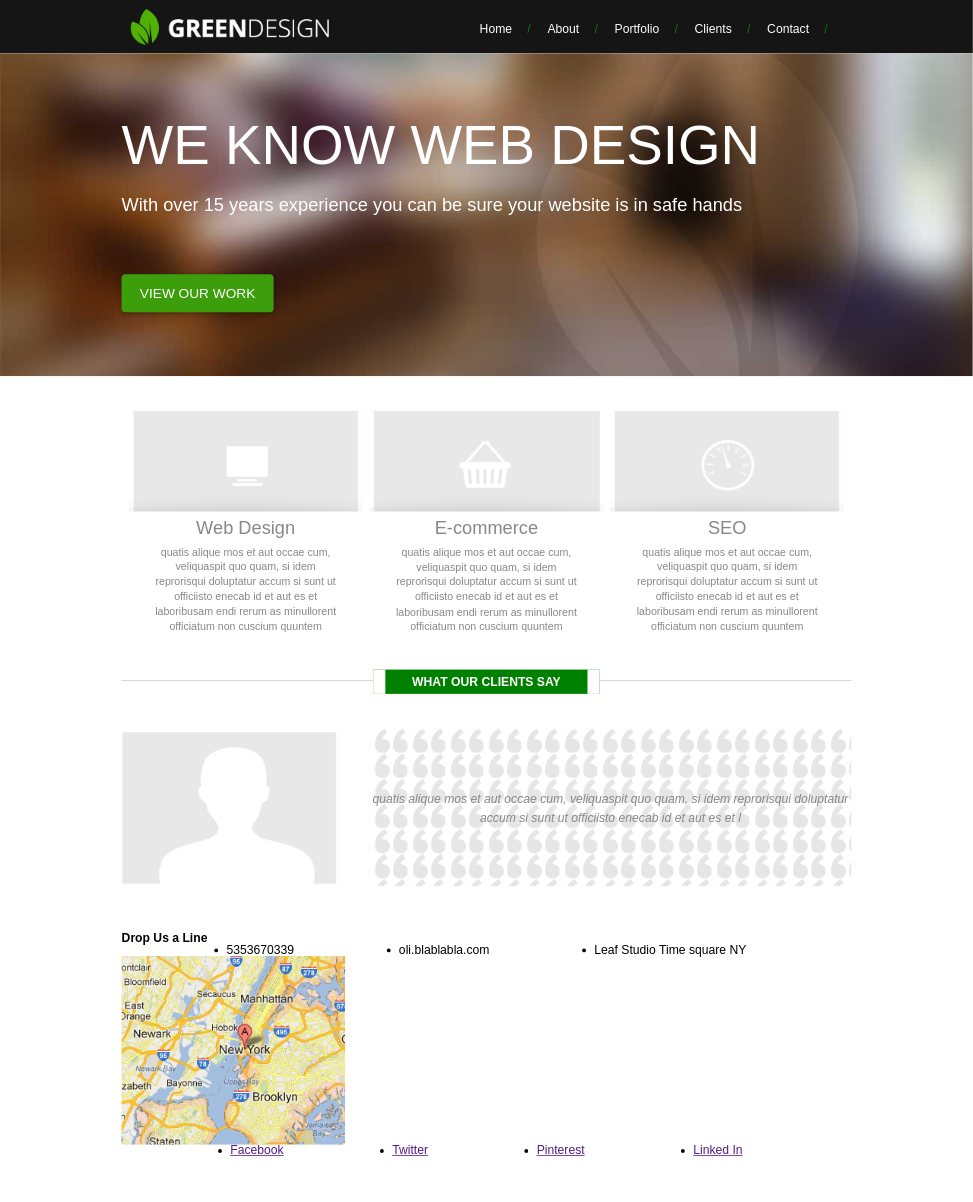
Repository: Piterwk1/psd-to-html
Page: website/index.html
These files come from the project's save history. The page is drawn as it stood at one moment and after the next save; the edit follows.
The browser window is 1280 px wide. The pictures show the whole page, at 76% of full size.

Above is the page before, as saved 2021-09-14 21:48:05.

### website/index.html
<html lang="en">

<head>
    <meta charset="UTF-8">
    <meta http-equiv="X-UA-Compatible" content="IE=edge">
    <meta name="viewport" content="width=device-width, initial-scale=1.0">
    <title>Green Design</title>
    <link rel="stylesheet" href="style.css">
</head>

<body>
    <header>
        <div class="wrapper">
            <h1 id="logo">Green Design</h1>
            <nav>
                <h2>Main Navigation</h2>
                <ul>
                    <li><a href="">Home</a><span>/</span></li>
                    <li><a href="">About</a><span>/</span></li>
                    <li><a href="">Portfolio</a><span>/</span></li>
                    <li><a href="">Clients</a><span>/</span></li>
                    <li><a href="">Contact</a><span>/</span></li>
                </ul>
            </nav>
        </div>
    </header>
    <div id="lead-banner">
        <img src="images/Baner.jpg" alt="main banner">
        <div class="banner-overlay">
            <div class="wrapper">
                <div class="banner-title">We know web Design</div>
                <p>With over 15 years experience you can be sure your website is in safe hands</p>
                <a href="">View our work</a>
            </div>
        </div>
    </div>
    <div id="main-content">

        <div class="wrapper">

            <section id="points-of-sale">
                <h2>Point of Sale</h2>
                <ul>
                    <li>
                        <img src="images/cs1.png" alt="Web Design">
                        <h3>Web Design</h3>
                        <p>quatis alique mos et aut occae cum, veliquaspit quo quam, si idem reprorisqui doluptatur
                            accum si
                            sunt ut officiisto enecab id et aut es et laboribusam endi rerum as minullorent officiatum
                            non
                            cuscium quuntem</p>
                    </li>
                    <li>
                        <img src="images/cs2.png" alt="E-commerce">
                        <h3>E-commerce</h3>
                        <p>quatis alique mos et aut occae cum, veliquaspit quo quam, si idem reprorisqui doluptatur
                            accum si
                            sunt ut officiisto enecab id et aut es et laboribusam endi rerum as minullorent officiatum
                            non
                            cuscium quuntem</p>
                    </li>
                    <li>
                        <img src="images/cs3.png" alt="SEO">
                        <h3>SEO</h3>
                        <p>quatis alique mos et aut occae cum, veliquaspit quo quam, si idem reprorisqui doluptatur
                            accum si
                            sunt ut officiisto enecab id et aut es et laboribusam endi rerum as minullorent officiatum
                            non
                            cuscium quuntem</p>
                    </li>
                </ul>
            </section>
            <section id="clients">
                <h2>What Our Clients Say</h2>
                <div class="clients">
                    <img src="images/head.png" alt="head">
                    <!-- <img src="images/quotes.png" alt="quotes"> -->
                    <blockquote>quatis alique mos et aut occae cum, veliquaspit quo quam, si idem reprorisqui doluptatur
                        accum
                        si sunt ut officiisto enecab id et aut es et l</blockquote>
                </div>
            </section>
            <section id="contact">
                <h2>Drop Us a Line</h2>
                <ul id="contact-methods">
                    <li>5353670339</li>
                    <li>oli.blablabla.com</li>
                    <li>
                        <span>Leaf Studio</span>
                        <span>Time square</span>
                        <span>NY</span>
                    </li>
                </ul>
                <img src="images/map.png" alt="map">
                <ul id="social-map">
                    <li class="facebook"><a href="">Facebook</a></li>
                    <li class="twitter"><a href="">Twitter</a></li>
                    <li class="pinterest"><a href="">Pinterest</a></li>
                    <li class="linked-in"><a href="">Linked In</a></li>
                </ul>
            </section>
        </div>
    </div>
</body>

</html>

### website/style.css
html,
body,
div,
span,
object,
iframe,
h1,
h2,
h3,
h4,
h5,
h6,
p,
blockquote,
pre,
abbr,
address,
cite,
code,
del,
dfn,
em,
img,
ins,
kbd,
q,
samp,
small,
strong,
sub,
sup,
var,
b,
i,
dl,
dt,
dd,
ol,
ul,
li,
fieldset,
form,
label,
legend,
table,
caption,
tbody,
tfoot,
thead,
tr,
th,
td,
article,
aside,
canvas,
details,
figcaption,
figure,
footer,
header,
hgroup,
menu,
nav,
section,
summary,
time,
mark,
audio,
video {
  margin: 0;
  padding: 0;
  border: 0;
  outline: 0;
  font-size: 100%;
  vertical-align: baseline;
  background: transparent;
  font-family: arial;
}

body {
  line-height: 1;
}

article,
aside,
details,
figcaption,
figure,
footer,
header,
hgroup,
menu,
nav,
section {
  display: block;
}

nav ul {
  list-style: none;
}

blockquote,
q {
  quotes: none;
}

blockquote:before,
blockquote:after,
q:before,
q:after {
  content: "";
  content: none;
}

a {
  margin: 0;
  padding: 0;
  font-size: 100%;
  vertical-align: baseline;
  background: transparent;
}

/* change colours to suit your needs */
ins {
  background-color: #ff9;
  color: #000;
  text-decoration: none;
}

/* change colours to suit your needs */
mark {
  background-color: #ff9;
  color: #000;
  font-style: italic;
  font-weight: bold;
}

del {
  text-decoration: line-through;
}

abbr[title],
dfn[title] {
  border-bottom: 1px dotted;
  cursor: help;
}

table {
  border-collapse: collapse;
  border-spacing: 0;
}

/* change border colour to suit your needs */
hr {
  display: block;
  height: 1px;
  border: 0;
  border-top: 1px solid #cccccc;
  margin: 1em 0;
  padding: 0;
}

input,
select {
  vertical-align: middle;
}

header div {
  display: flex;
  justify-content: space-between;
  width: 100%;
  max-width: 960px;
  margin: 0 auto;
}

.wrapper {
  width: 100%;
  max-width: 960px;
  margin: 0 auto;
}

header {
  background: #151515;
}

#logo {
  background: url(images/Logo.png) no-repeat;
  height: 70px;
  width: 280px;
  text-indent: -100000px;
}

header nav {
  margin-top: 30px;
  margin-right: 20px;
  width: 50%;
}

header nav h2 {
  height: 0;
  text-indent: -100000px;
}
header nav a {
  color: #fff;
  text-decoration: none;
  font-family: arial;
}

header nav ul {
  display: flex;
  justify-content: space-around;
}

header nav span {
  color: green;
  margin-left: 20px;
}

#lead-banner img {
  width: 100%;
}

#lead-banner {
  max-height: 440px;
  overflow: hidden;
  position: relative;
}

.banner-overlay {
  position: absolute;
  top: 20%;
  width: 100%;
}

.banner-title {
  color: #fff;
  text-transform: uppercase;
  font-size: 72px;
}

#lead-banner p {
  color: #fff;
  font-size: 24px;
  min-width: 600px;
  margin-top: 30px;
}

#lead-banner a {
  color: #fff;
  display: block;
  width: 200px;
  font-size: 18px;
  text-align: center;
  padding: 16px 0;
  text-decoration: none;
  text-transform: uppercase;
  border-radius: 5px;
  margin-top: 80px;
  box-shadow: 1px 1px 6px rgba(0, 0, 0, 0.4);

  /* Permalink - use to edit and share this gradient: https://colorzilla.com/gradient-editor/#3c9e0a+0,3c9e0a+100 */
  background: #3c9e0a; /* Old browsers */
  background: -moz-linear-gradient(
    top,
    #3c9e0a 0%,
    #3c9e0a 100%
  ); /* FF3.6-15 */
  background: -webkit-linear-gradient(
    top,
    #3c9e0a 0%,
    #3c9e0a 100%
  ); /* Chrome10-25,Safari5.1-6 */
  background: linear-gradient(
    to bottom,
    #3c9e0a 0%,
    #3c9e0a 100%
  ); /* W3C, IE10+, FF16+, Chrome26+, Opera12+, Safari7+ */
  filter: progid:DXImageTransform.Microsoft.gradient( startColorstr='#3c9e0a', endColorstr='#3c9e0a',GradientType=0 ); /* IE6-9 */
}

section {
    margin: 40px 0 60px;
}

section#points-of-sale ul {
    list-style: none;
}

#points-of-sale h2 {
    height: 0;
    text-indent: -10000px;
}

section ul {
    display: flex;
    justify-content: space-evenly;
}

#points-of-sale li {
    width: 32%;
}

#points-of-sale li img {
    width: 100%;
}

#points-of-sale li h3 {

    text-align: center;
    color:  #888;
    font-size: 24px;
    font-weight: normal;
    margin: 10px  10px;
}

#points-of-sale p {
    text-align: center;
    width: 80%;
    margin: 0 10%;
    font-size: 14px;
    color: #888;
    line-height: 1.4em;
}

#clients {
    border-top: 1px solid #ccc;
    padding-top: 30px;
}

#clients h2{
background: green;
color: #fff;
padding: 8px;
text-align: center;
width: 250px;
text-transform: uppercase;
position: relative;
top: -45px;
margin: 0 auto;
border-left: 16px solid #fff;
border-right: 16px solid #fff;
}

.clients {
    display: flex;
    justify-content: space-between;
}
.clients img{
    width: 30%;
}

#clients blockquote {
    width: 66%;
    text-align: center;
    font-style: italic;
    line-height: 1.6em;
    color: #888;
    padding-top: 80px;
    background: url(images/quotes.png);
}

After the next save:
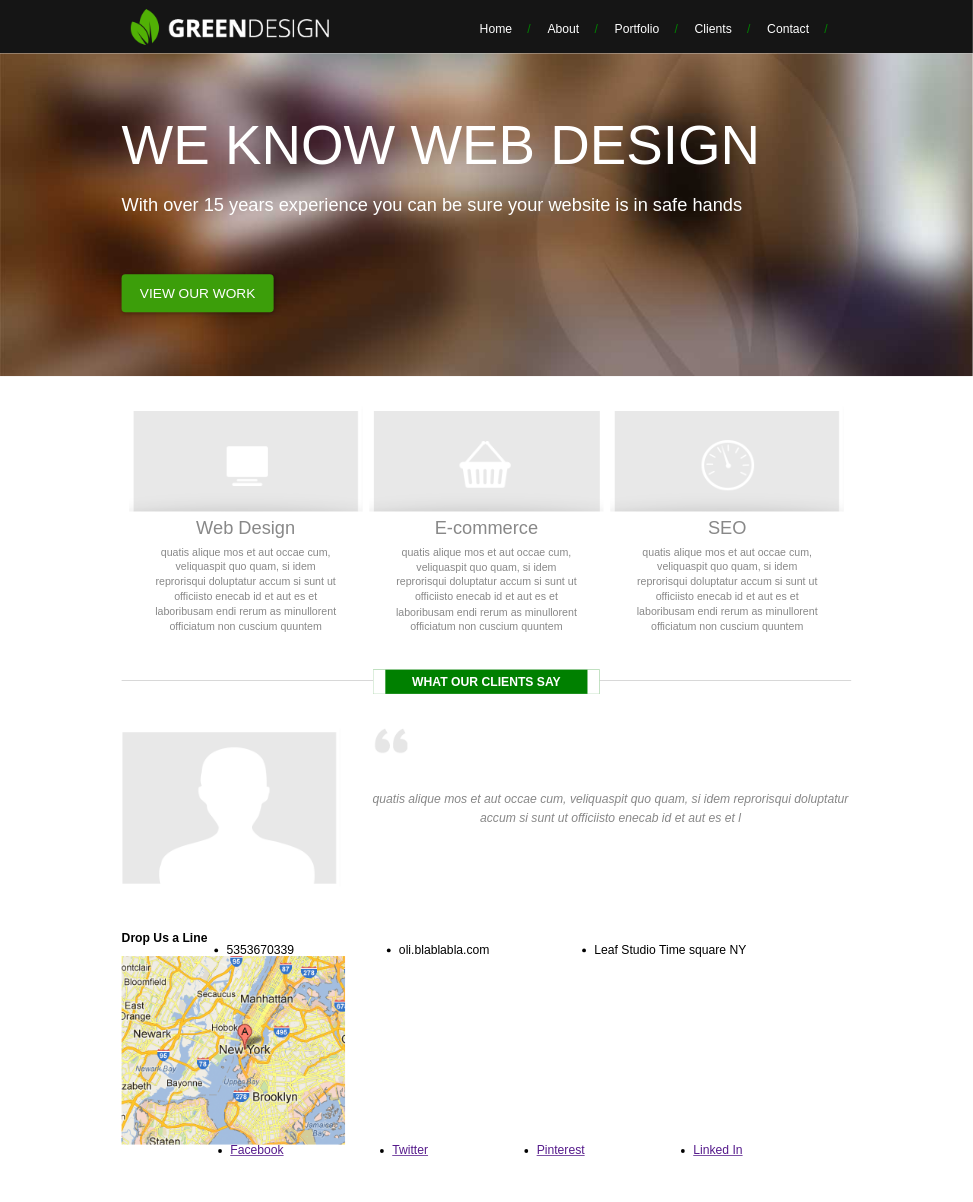
Saved 9 s later.
--- a/website/style.css
+++ b/website/style.css
@@ -356,5 +356,5 @@ border-right: 16px solid #fff;
     line-height: 1.6em;
     color: #888;
     padding-top: 80px;
-    background: url(images/quotes.png);
-}
+    background: url(images/quotes.png) no-repeat;
+}
